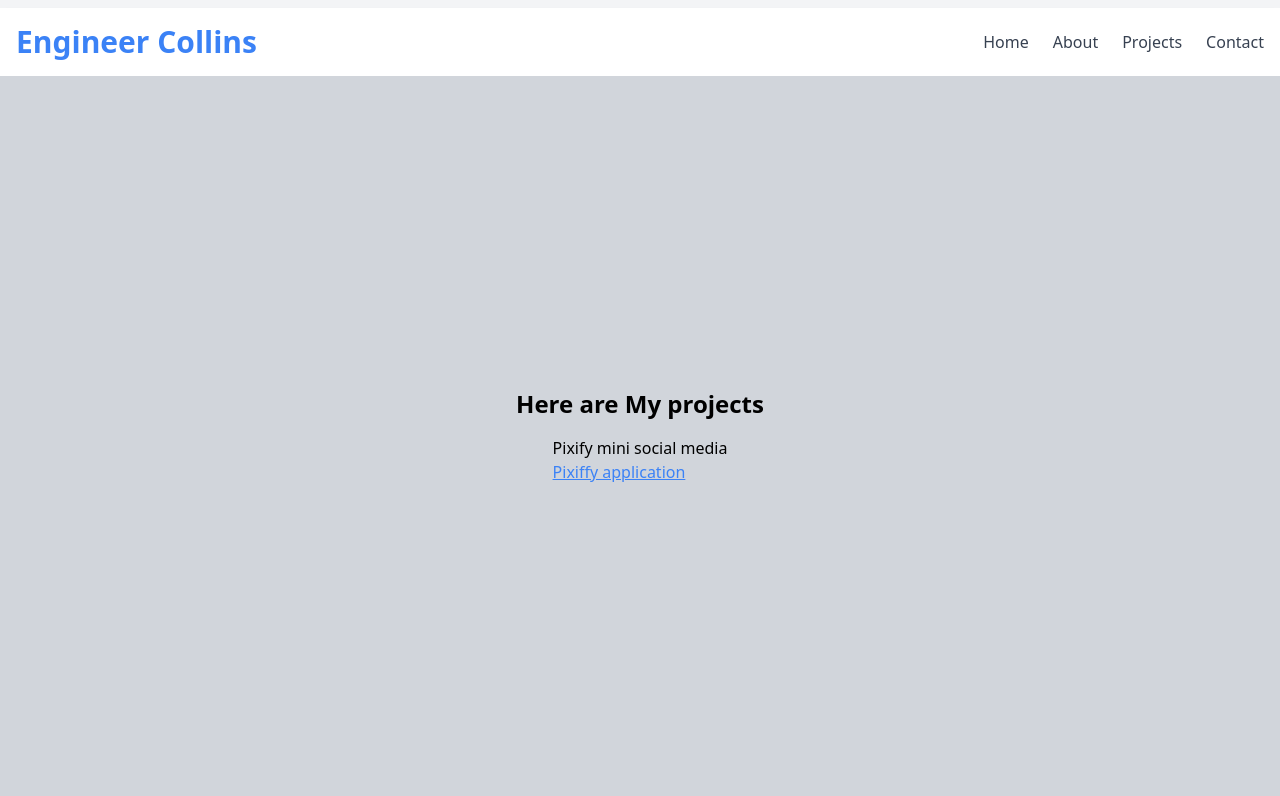
Repository: Engineer-collo/Portfolio
Page: /projects
The author's editor kept a copy of each file at every save. The page is drawn from the files as they stood at one save, then again after a run of saves.
The browser window is 1280 px wide. The pictures show the whole page.
The project was rebuilt for these pictures with package versions that can differ from the ones it lists, and the page was loaded fresh each time. Also part of the build but not shown: vite.config.js, src/pages/Footer.jsx, src/pages/HomePage.jsx, src/pages/About.jsx, src/pages/Contact.jsx, src/pages/Blog.jsx, src/pages/Skills.jsx.

Above is the page before, as saved 2025-06-07 16:33:03.

### index.html
<!DOCTYPE html>
<html lang="en">
<head>
  <meta charset="UTF-8">
  <meta name="viewport" content="width=device-width, initial-scale=1.0">
  <title>Portfolio</title>
</head>
<body class="bg-gray-100">
  <div id="root"></div>
  <script type="module" src="/src/main.jsx"></script>
</body>
</html>

### src/main.jsx
import React from 'react'
import ReactDOM from 'react-dom/client'
import './index.css'
import App from './App'

ReactDOM.createRoot(document.getElementById('root')).render(
  <React.StrictMode>
    <App />
  </React.StrictMode>,
)

### src/App.jsx
import { BrowserRouter as Router, Route, Routes } from "react-router-dom";
import HomePage from "./pages/HomePage";
import About from "./pages/About";
import Project from "./pages/Projects";
import Contact from "./pages/Contact";
import Blog from "./pages/Blog";
import Skills from "./pages/Skills";

function App() {
  return (
    <Router>

      <Routes>
        <Route path="/" element={<HomePage />} />
        <Route path="/about" element={<About />} />
        <Route path="/projects" element={<Project />} />
        <Route path="/contact" element={<Contact />} />
        <Route path="/skills" element={<Skills />} />
        <Route path="/blog" element={<Blog />} />


      </Routes>
    </Router>
  );
}

export default App;

### src/pages/Projects.jsx
import Navbar from "../components/Navbar"

const Project = () => {
    return (
        <>
            <div>
                <Navbar />
                <div className="bg-gray-300 flex flex-col items-center justify-center min-h-screen">
                    <h1 className="text-center text-2xl font-bold mb-4">Here are My projects</h1>
                    <div>
                    <h3>Pixify mini social media</h3>
                    <a
                        href="https://pixi-fy-hrmt.vercel.app/"
                        className="text-blue-500 underline hover:text-blue-700"
                        target="_blank"
                        rel="noopener noreferrer"
                    >
                        Pixiffy application
                    </a>
                    </div>
                </div>
            </div>
        </>
    )
}

export default Project

### src/components/Navbar.jsx
import React, { useState } from 'react';
import { Link } from 'react-router-dom';

const Navbar = () => {
  const [isOpen, setIsOpen] = useState(false);

  const toggleMenu = () => setIsOpen(!isOpen);

  return (
    <header className=" mt-2 bg-white shadow-md">
      <div className="max-w-7xl mx-auto px-4 py-4 flex justify-between items-center">
        <h1 className="text-3xl font-bold text-gray-800">        <Link to="/" className="hover:text-blue-500 text-gray-700 transition"><span className='text-blue-500'>Engineer Collins</span></Link>
        </h1>

        {/* Desktop nav */}
        <nav className="space-x-6 hidden md:flex">
        <Link to="/" className="hover:text-blue-500 text-gray-700 transition">Home</Link>
          <Link to="/about" className="hover:text-blue-500 text-gray-700 transition">About</Link>
          <Link to="/projects" className="hover:text-blue-500 text-gray-700 transition">Projects</Link>
          <Link to="/contact" className="hover:text-blue-500 text-gray-700 transition">Contact</Link>
        </nav>

        {/* Mobile menu toggle */}
        <div className="md:hidden">
          <button onClick={toggleMenu} className="text-gray-700 focus:outline-none">
            <svg className="h-6 w-6" fill="none" stroke="currentColor" strokeWidth="2" viewBox="0 0 24 24">
              <path strokeLinecap="round" strokeLinejoin="round" d={isOpen ? 'M6 18L18 6M6 6l12 12' : 'M4 6h16M4 12h16M4 18h16'} />
            </svg>
          </button>
        </div>
      </div>

      {/* Mobile nav links */}
      {isOpen && (
        <nav className="md:hidden px-4 pb-4 space-y-2">
          <Link to="/about" className="block text-gray-700 hover:text-blue-500">About</Link>
          <Link to="/projects" className="block text-gray-700 hover:text-blue-500">Projects</Link>
          <Link to="/contact" className="block text-gray-700 hover:text-blue-500">Contact</Link>
        </nav>
      )}
    </header>
  );
};

export default Navbar;

Loaded but not shown: src/index.css (common file); tailwind.config.js (common file)

After the next 2 saves:
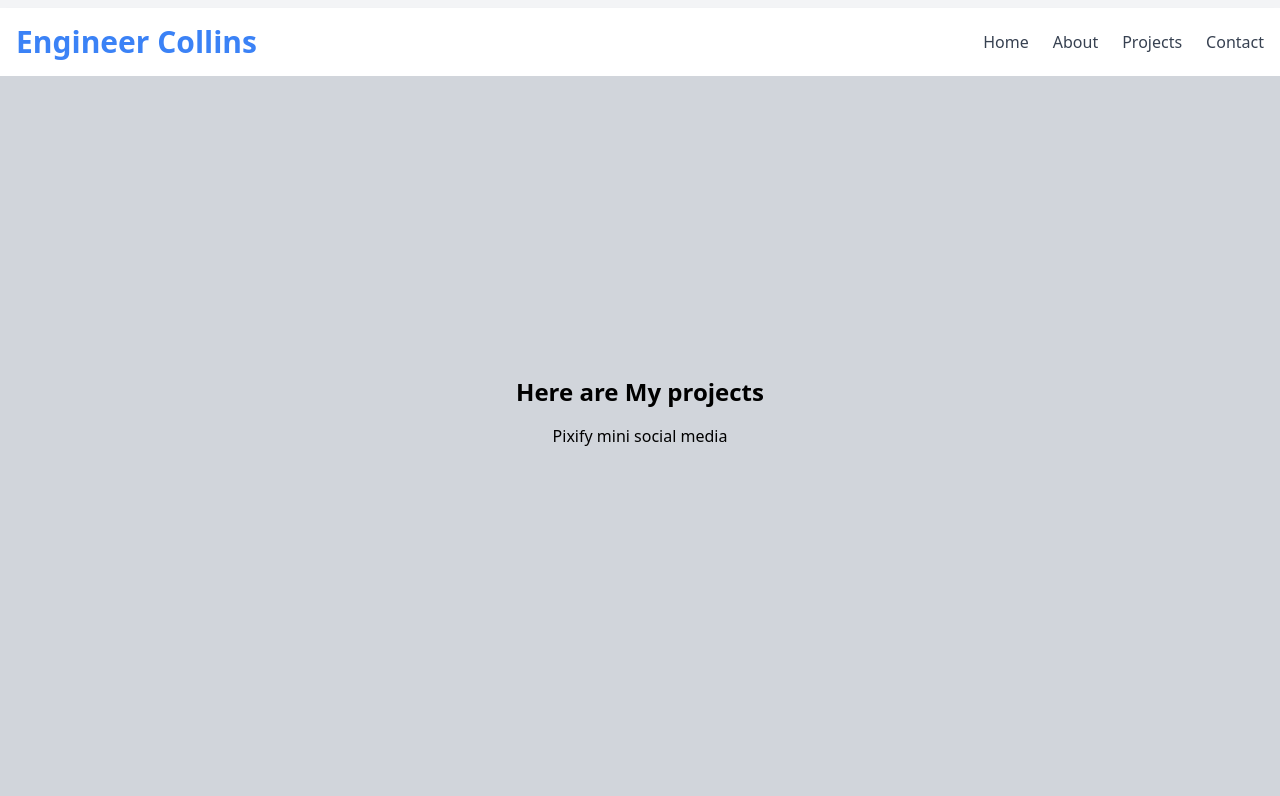
The 2 saves are shown as one change because they came seconds apart.
The last was saved 6 s later.
--- a/src/pages/Projects.jsx
+++ b/src/pages/Projects.jsx
@@ -15,7 +15,8 @@ const Project = () => {
                         target="_blank"
                         rel="noopener noreferrer"
                     >
-                        Pixiffy application
+                                    <img className="h-12" src="/" alt="" />
+
                     </a>
                     </div>
                 </div>
